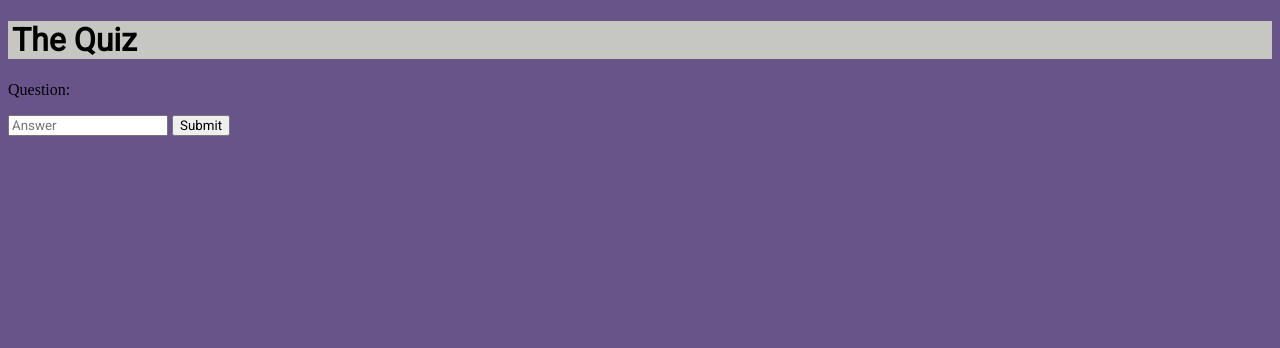
Repository: rs222kn/1dv403-laborationer
Page: 4-thequiz/index.html
The author's editor kept a record of every edit. The page is drawn from the files as they stood at one moment, then again after the next edit.
The browser window is 1280 px wide. The pictures show the whole page.
The page's requests for data from a server got no answer.

Above is the page before.
Console error: TypeError: Cannot set properties of null (setting 'innerHTML')

After the next edit:
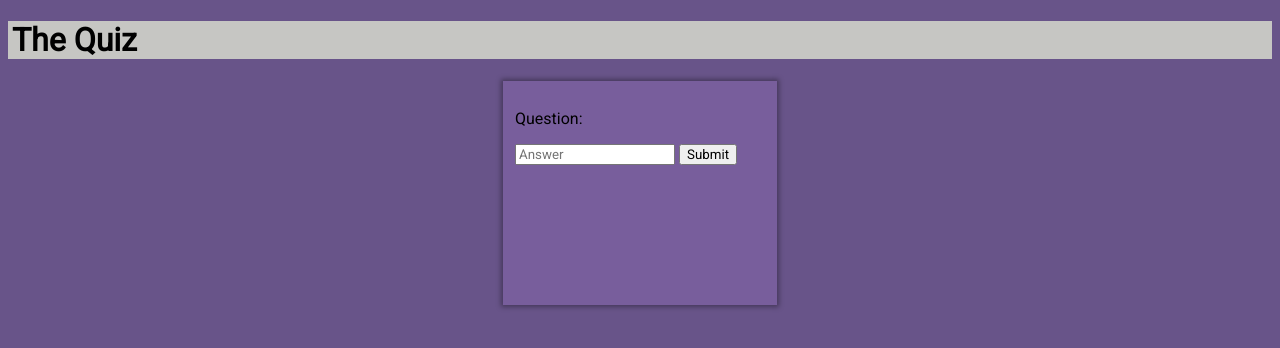
The edit:
--- a/4-thequiz/index.html
+++ b/4-thequiz/index.html
@@ -9,7 +9,8 @@
     <body>
         <main>
             <header><h1>The Quiz</h1></header>
-            <p>Question: </p>
+            <section>
+            <p id="question">Question: </p>
             <input type="text" name="answer" id="answer" placeholder="Answer" />
             <input type="submit" name="submit" id="submit" />
         </main>
